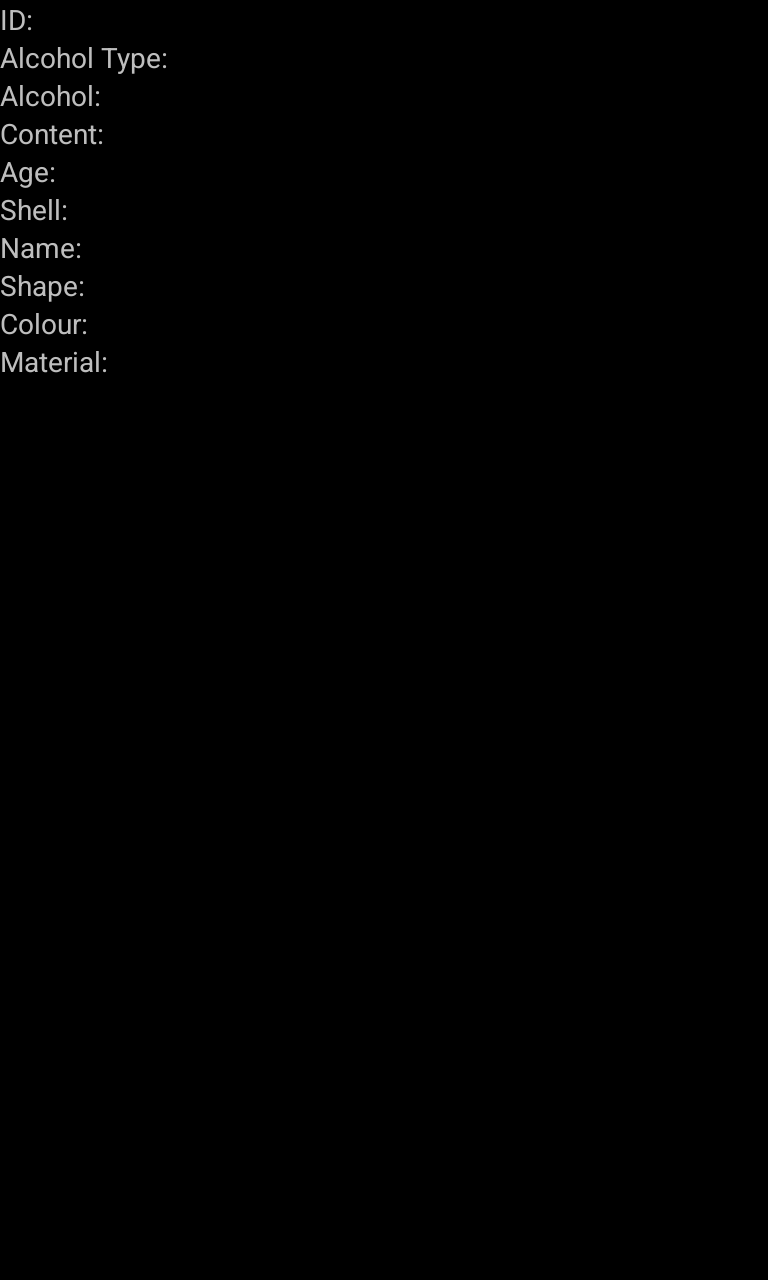
Repository: blagozlatev/Search-Rater
Layout: Catalog-Android-Client/res/layout/show_bottle_layout.xml
These files come from the project's save history. The layout is drawn as it stood at one moment and after a run of saves; the edit follows.
It is drawn on a 768 x 1280 px phone screen (xhdpi) without system bars, with theme android:Theme; the app's code is not run.

Above is the layout before, as saved 2013-03-17 06:47:04.

After the next 2 saves:
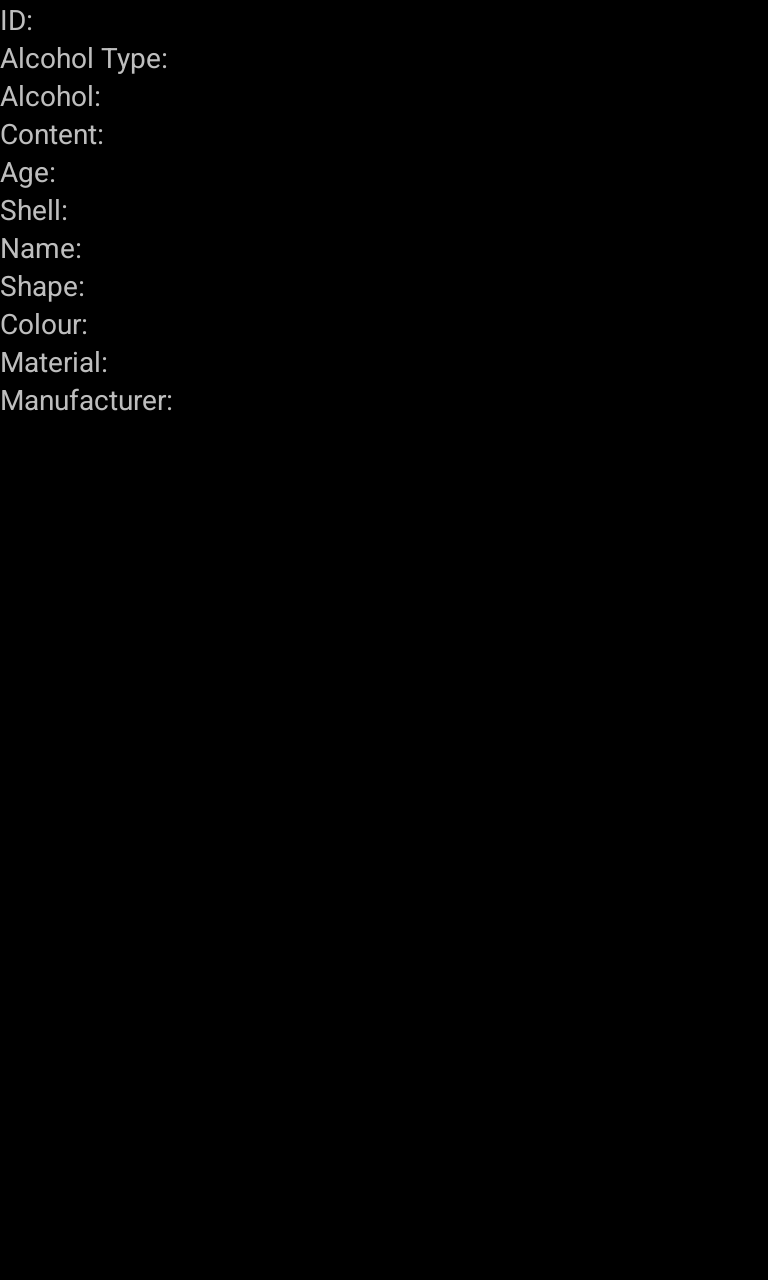
The 2 saves are shown as one change because they came seconds apart.
The last was saved 11 s later.
--- a/Catalog-Android-Client/res/layout/show_bottle_layout.xml
+++ b/Catalog-Android-Client/res/layout/show_bottle_layout.xml
@@ -167,6 +167,12 @@
             android:layout_width="match_parent"
             android:layout_height="wrap_content" >
 
+                        <TextView
+                android:layout_width="wrap_content"
+                android:layout_height="wrap_content"
+                android:text="@string/manufacturer_" />
+
+
             <TextView
                 android:id="@+id/txtViewManufacturer"
                 android:layout_width="match_parent"
--- a/Catalog-Android-Client/res/values/strings.xml
+++ b/Catalog-Android-Client/res/values/strings.xml
@@ -55,5 +55,6 @@
     <string name="shape_">"Shape: "</string>
     <string name="colour_">"Colour: "</string>
     <string name="material_">"Material: "</string>
+    <string name="manufacturer_">"Manufacturer: "</string>
 
 </resources>
